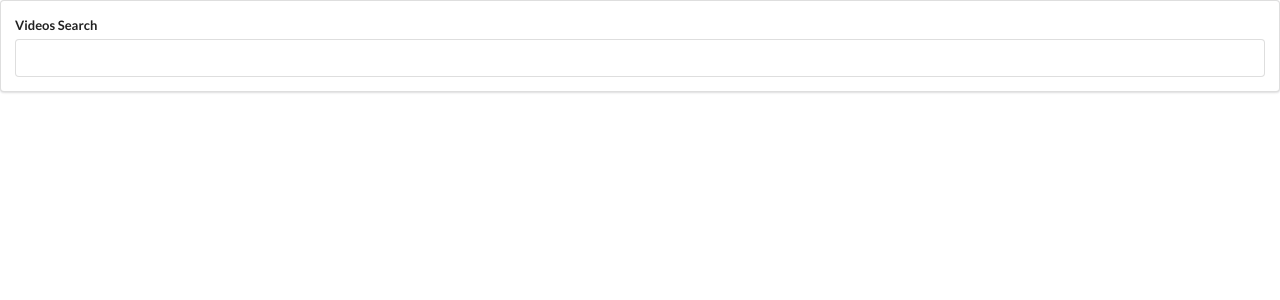
Repository: striver-69/VideoStreaming-Hooks-
Page: /
An editor plug-in stored every save of this project. The page is shown before and after the next save, followed by the edit.
The browser window is 1280 px wide. The pictures show the whole page.
The project was rebuilt for these pictures with package versions that can differ from the ones it lists, and the page was loaded fresh each time.

Above is the page before, as saved 2021-03-03 18:16:06.

### src/index.js
import React from 'react'
import ReactDOM from 'react-dom'
import App from './components/App'

ReactDOM.render(<App/>,document.querySelector('#root'))

### src/components/App.js
import React, { Component } from 'react'
import SearchBar from './SearchBar'

export class App extends Component {
  render() {
    return (
      <div>
        <SearchBar/>
      </div>
    )
  }
}

export default App

### src/components/SearchBar.js
import React from 'react'

class SearchBar extends React.Component{
  render(){
    return (
      <div className="search-bar ui segment">
        <form className="ui form">
          <div className="field">
            <label>Videos Search</label>
            <input type="text"/>
          </div>
        </form>
      </div>
    )
  }
}

export default SearchBar

Loaded but not shown: public/index.html (common file)

After the next save:
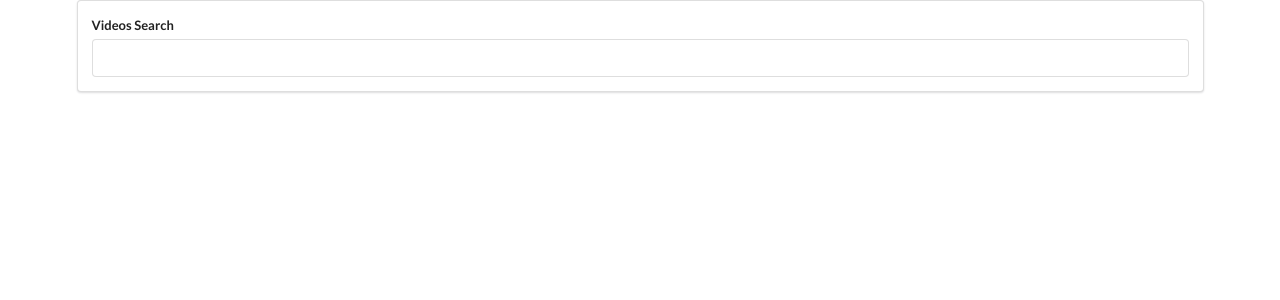
Saved 40 s later.
--- a/src/components/App.js
+++ b/src/components/App.js
@@ -4,7 +4,7 @@ import SearchBar from './SearchBar'
 export class App extends Component {
   render() {
     return (
-      <div>
+      <div className="ui container">
         <SearchBar/>
       </div>
     )
